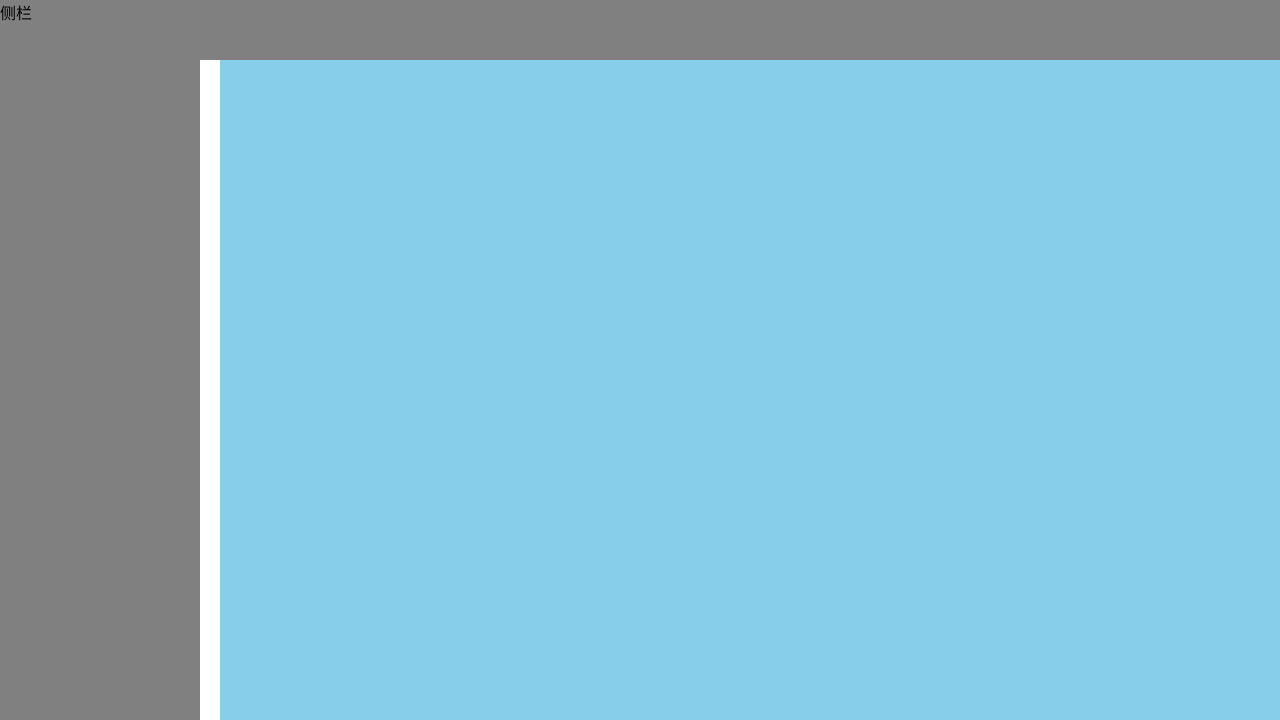
Repository: heyegang/vuex
Page: /
An editor plug-in stored every save of this project. The page is shown before and after the next save, followed by the edit.
The browser window is 1280 px wide. The pictures show the whole page.
The project was rebuilt for these pictures with package versions that can differ from the ones it lists, and the page was loaded fresh each time. Also part of the build but not shown: vue.config.js.

Above is the page before, as saved 2021-01-06 09:40:37.

After the next save:
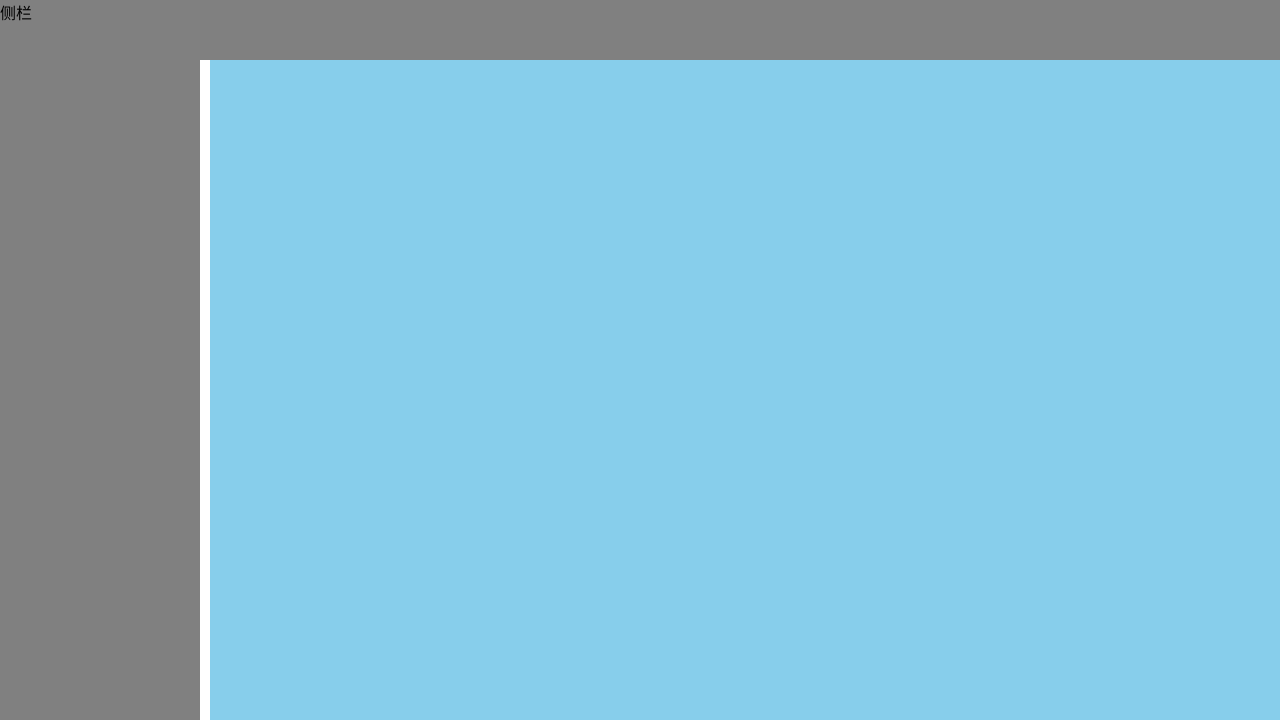
Saved 7 s later.
--- a/src/views/layout/Layout.vue
+++ b/src/views/layout/Layout.vue
@@ -55,7 +55,7 @@ export default {
     bottom: 0;
     right: 0;
     top: 60px;
-    left: 220px;
+    left: 210px;
     background-color: skyblue;
 
 
